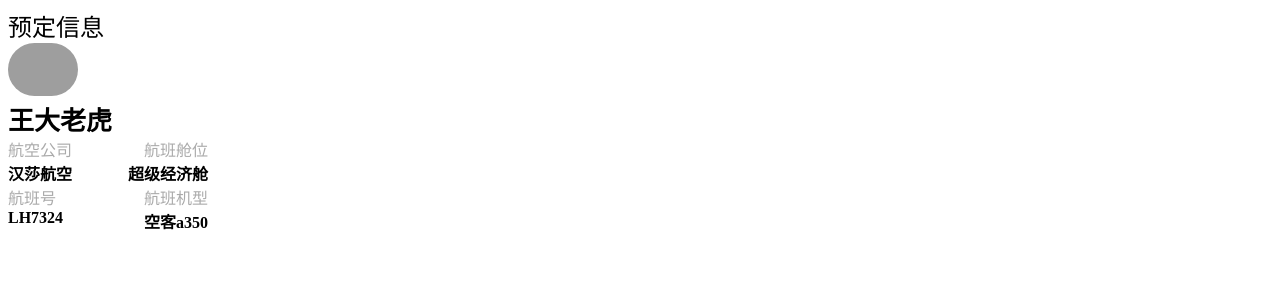
Repository: xzm1997/react-learning
Page: /
An editor plug-in stored every save of this project. The page is shown before and after the next save, followed by the edit.
The browser window is 1280 px wide. The pictures show the whole page.
Pictures or frames that could not be fetched are drawn as grey boxes. The project was rebuilt for these pictures with package versions that can differ from the ones it lists, and the page was loaded fresh each time.

Above is the page before, as saved 2023-01-31 10:33:49.

After the next save:
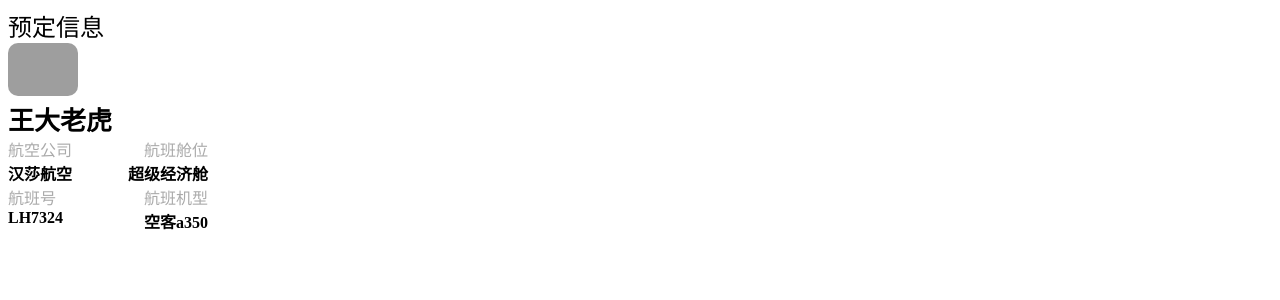
Saved 109 s later.
--- a/src/index.css
+++ b/src/index.css
@@ -1,6 +1,6 @@
 .ava {
   width: 70px;
-  border-radius: 35px;
+  border-radius: 10px;
 }
 
 .userName {
